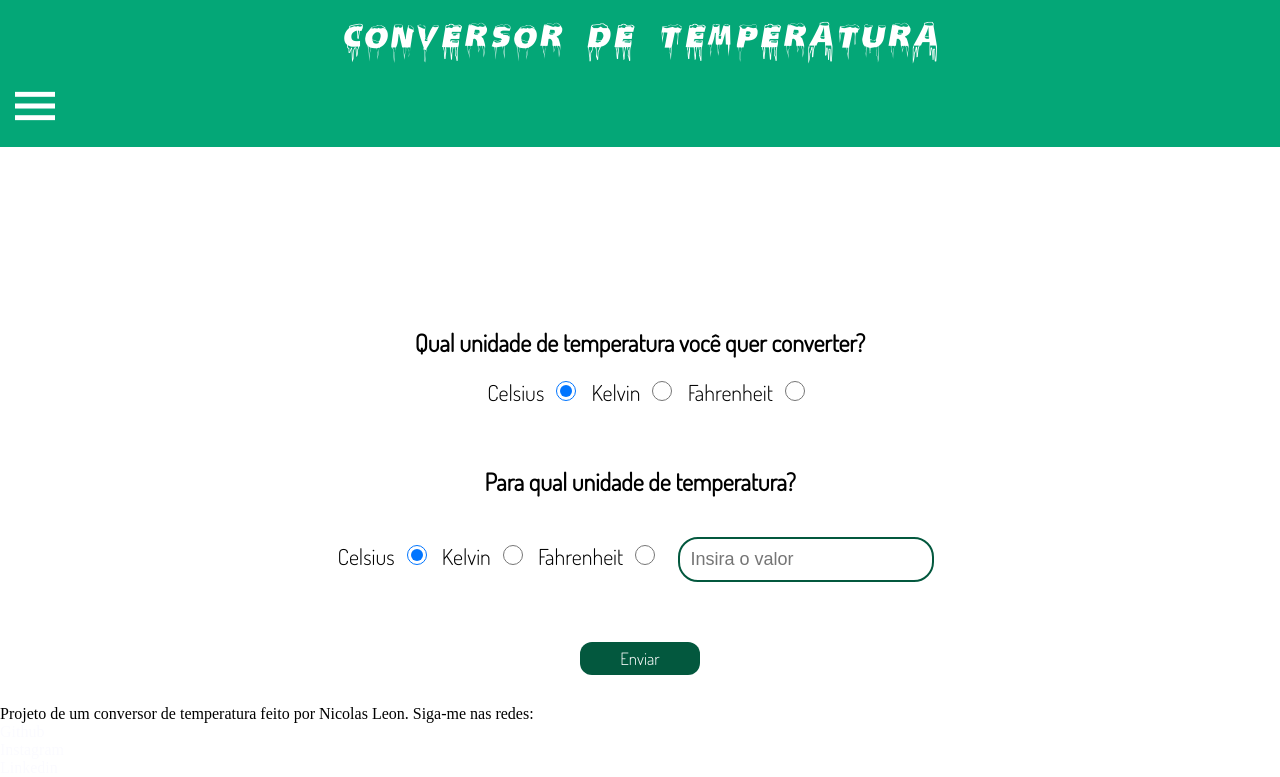
Repository: Leonngc/Conversor-de-temperatura
Page: index.html
These files come from the project's save history. The page is drawn as it stood at one moment and after the next save; the edit follows.
The browser window is 1280 px wide. The pictures show the whole page.
Some web libraries are served in a nearby version.

Above is the page before, as saved 2023-02-10 23:37:23.

### index.html
<!DOCTYPE html>
<html lang="pt-br">
<head>
    <meta charset="UTF-8">
    <meta http-equiv="X-UA-Compatible" content="IE=edge">
    <meta name="viewport" content="width=device-width, initial-scale=1.0">
    <link rel='stylesheet' href='https://cdn-uicons.flaticon.com/uicons-bold-straight/css/uicons-bold-straight.css'>
    <link rel="stylesheet" href="style.css">
    <title>Conversor de temperatura</title>
</head>
<body>
    <header>
        <h1>Conversor de Temperatura</h1>
        <button id="menu-button"><i class="fi fi-bs-menu-burger"></i></button>

        <menu>
            <ul id="links-menu">
                <li><a href="">Sobre a página</a></li>
                <li><a href="">História</a></li>
                <li><a href="">Outros Projetos</a></li>
            </ul>
        </menu>
    </header>

    <main>
       <form>
        <h2>Qual unidade de temperatura você quer converter?</h2>
        <label for="celsius">Celsius</label><input type="radio" name="unidade" id="celsius" class="unidades" checked>
        <label for="kelvin">Kelvin</label><input type="radio" name="unidade" class="unidades" id="kelvin">
        <label for="fahrenheit">Fahrenheit</label><input type="radio" name="unidade" class="unidades" id="fahrenheit">
        <br>
       </form>
       <form>
        <h2>Para qual unidade de temperatura?</h2>
        <label for="cel-res">Celsius</label><input type="radio" name="res-unidade" id="cel-res" class="res-unidades"  checked>
        <label for="kel-res">Kelvin</label><input type="radio" name="res-unidade" id="kel-res" class="res-unidades">
        <label for="fah-res">Fahrenheit</label><input type="radio" name="res-unidade" id="fah-res" class="res-unidades">
        <input type="number" name="graus" id="graus" placeholder="Insira o valor">
       </form>
       <button id="submit">Enviar</button>
    </main>

    <footer>
        <p>Projeto de um conversor de temperatura feito por Nicolas Leon. Siga-me nas redes: </p>
        <ul>
            <li><a href="">Github</a></li>
            <li><a href="">Instagram</a></li>
            <li><a href="">Linkedin</a></li>
        </ul>
    </footer>
</body>
</html>

### style.css
@charset "UTF-8";
@import url('https://fonts.googleapis.com/css2?family= Dosis:wght@300 & display = swap');
@font-face {
    font-family: Title;
    src: url(fonts/IceCaps.ttf);
}

:root{
    --yellow: #F7FF58;
    --snow: #FBFBFF;
    --blackout: #040F16;
    --dosis: 'Dosis', sans-serif;
}

*{
    margin: 0;
    padding: 0;
    box-sizing: border-box;
}

header{
    background-color: #04A777;
    margin-bottom: 160px;
    max-width: 100vw;
    color: white;
}

header > h1{
    font-family: Title, sans-serif;
    font-weight: lighter;
    text-align: center;
    font-size: 45px;
    padding: 22px;
}

menu{
    background-color: #05C78D;
    padding: 20px;
    max-width: 100vw;
    display: none;
}

menu > ul{
    margin-left: 20px;
    font-size: 20px;
    font-family: var(--dosis);
    font-weight: bold;
    color: white;
}

menu > ul > li{
    padding: 5px;
}

li > a{
    text-decoration: none;
    color: #FBFBFF;
}

li > a:hover{
    color: #03583e;
    text-decoration: underline;
}

#menu-button{
    background-color: #03583e00;
    border: none;
    color: white;
    font-size: 40px;
    margin-left: 15px;
    margin-bottom: 12px;
}

main{
    text-align: center;
}

form{
    margin: 40px;
    font-family: var(--dosis);

}

form > h2{
    padding: 20px;
}

.unidades, .res-unidades{
    height: 20px;
    width: 20px;
}

label{
    font-size: 22px;
    padding: 12px;
}

#graus{
    margin: 20px;
    padding: 10px;
    border-radius: 20px;
    border: 2px solid #03583e;
    color: #03583e;
    font-size: 18px;
}

#submit{
    font-family: var(--dosis);
    font-size: 17px;
    padding: 6px;
    width: 120px;
    background-color: #03583e;
    color: white;
    border-radius: 12px;
    border: none;
}

#submit:hover{
    background-color: white;
    color: #03583e;
    border: 2px solid
    #03583e;
}

#submit:active{
    width: 117px;
    padding: 4px;
}

footer{
    margin-top: 30px;
}

After the next save:
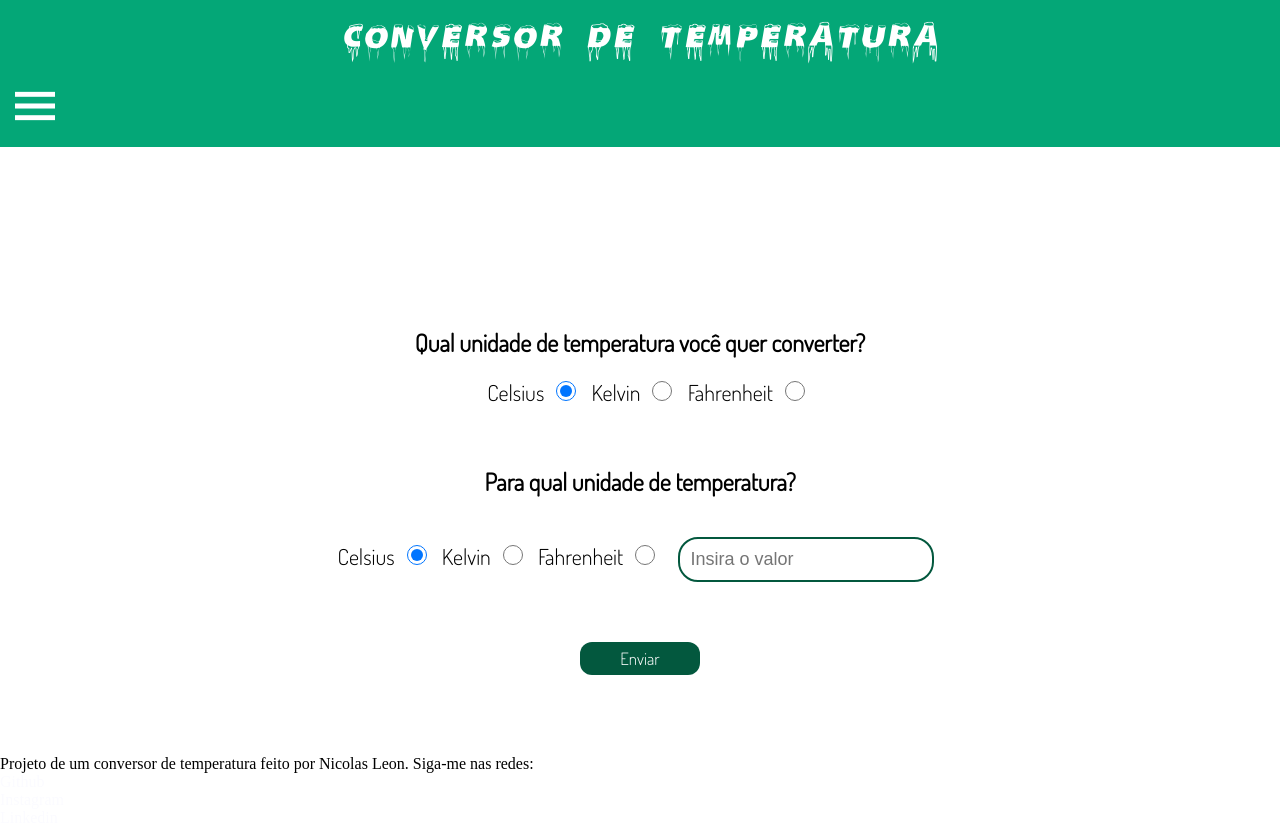
Saved 8 s later.
--- a/style.css
+++ b/style.css
@@ -128,5 +128,5 @@ label{
 }
 
 footer{
-    margin-top: 30px;
+    margin-top: 80px;
 }
